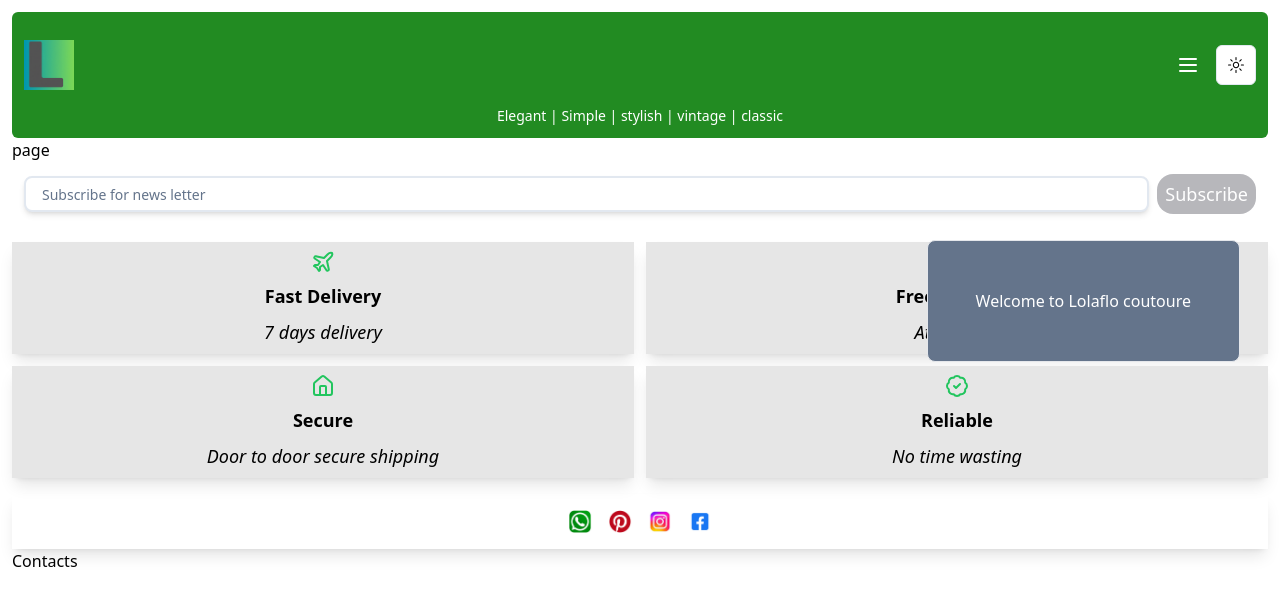
Repository: Semanmernstack/bisi-abejide
Page: /bb
These files come from the project's save history. The page is drawn as it stood at one moment and after the next save; the edit follows.
The browser window is 1280 px wide. The pictures show the whole page.
The project was rebuilt for these pictures with package versions that can differ from the ones it lists, and the page was loaded fresh each time. The framework's server and built-in components were replaced by stand-ins that run in the browser. Also part of the build but not shown: next.config.mjs.

Above is the page before, as saved 2024-04-19 08:50:38.

### app/layout.tsx
import type { Metadata } from "next";
import { Inter } from "next/font/google";
import "./globals.css";
import { ThemeProvider } from "@/components/theme-provider";
import Nav from "@/components/Nav";
import Footer from "@/components/Footer";

const inter = Inter({ subsets: ["latin"] });

export const metadata: Metadata = {
  title: "Welcome to Lolaflo store",
  description: "Hppy Shopping",
};

export default function RootLayout({
  children,
}: Readonly<{
  children: React.ReactNode;
}>) {
  return (
    <html lang="en">
      <body className=" flex flex-col p-3  min-h-screen   dark:bg-gray-800 dark:text-white">
      <ThemeProvider
            attribute="class"
            defaultTheme="system"
            enableSystem
            disableTransitionOnChange
          >
            <Nav/>
        {children}
        <Footer/>
      </ThemeProvider>
        </body>
    </html>
  );
}

### components/Nav.tsx
"use client"

import Image from "next/image"
import Cat from "./Cat"
import Toggle from "./Toggle"
import { motion } from "framer-motion"
import anky from '../public/anky.gif'
import Link from "next/link"

function Nav() {
    return (
      <div    className='p-3 top-0 z-50 sticky w-full bg-[#228B22] rounded-md  '>

          <div    className='flex py-4 gap-2 items-center justify-between '>
              <motion.div
                     initial={{
                        x: -500,
                         opacity: 0,
                        scale:0.5,
                    }}
                    animate={{
                        x:0,
                        opacity: 1,
                        scale: 1,
                    }}
                    transition={{
                        duration: 1,
                    }}
                    className='flex flex-col  justify-start   font-serif items-center  text-white'>
                    <Link href={'/'} className="flex flex-col ">


                      <Image className="flex justify-start" src={anky} alt="" width={50} height={40}/>

                    </Link>






              </motion.div>
              <motion.div
                  initial={{
                    x: 500,
                    opacity: 0,
                    scale:0.5,
                }}
                animate={{
                    x:0,
                    opacity: 1,
                    scale: 1,
                }}
                transition={{
                    duration: 1,
                }}
                className='flex items-center  space-x-2'>
                  <Cat/>
                  <Toggle/>
              </motion.div>
          </div>

          <div  className="flex  text-center justify-center text-white text-xs ">
                <h1 className="text-sm font-medium">Elegant | Simple | stylish | vintage | classic</h1>
            </div>

      </div>
    )
  }

  export default Nav

### components/Footer.tsx
"use client"
import React, { useState } from 'react'
import Mailing from './Mailing'
import Delivery from './Delivery'
import Ai from './Ai'
import NewsLet from './NewsLet'
import SubAi from './SubAi'
import Contacts from './Contacts'
import Icon from './Icon'

function Footer() {

  return (
    <div >
        <div>
            <NewsLet/>
            <SubAi   />
            <Delivery />
            <Icon/>
            <Contacts/>
        </div>
    </div>
  )
}

export default Footer

try {

} catch (error) {

}

### components/Cat.tsx
"use client"
import React from 'react'
import {
    DropdownMenu,
    DropdownMenuContent,
    DropdownMenuItem,
    DropdownMenuLabel,
    DropdownMenuSeparator,
    DropdownMenuTrigger,
  } from "@/components/ui/dropdown-menu"
import { MenuIcon } from 'lucide-react'
import { usePathname } from 'next/navigation'
import Link from 'next/link'
import Icon from './Icon'

interface P {
    name: string,
    href: string
}

const links: P[] = [
    {
        name: 'Home', href: "/"
    },
    {
        name: 'Ankara ', href: "/Ankara"

    },

    {
        name: 'Kaftan ', href: "/Kaftan"

    },
    {
        name: 'Turban ', href: "/Turban"

    },




]


function Cat() {
    const pathname = usePathname()
  return (

    <div>
        <DropdownMenu >
            <DropdownMenuTrigger className=" flex flex-col w-10 h-9  text-white text-xl  justify-center items-center text-center">
                <MenuIcon/>
            </DropdownMenuTrigger>
            <DropdownMenuContent className=''>
                <DropdownMenuLabel className=" flex font-bold font-serif sm:font-bold justify-center gap-1 p-1 border items-center"> CATEGORIES</DropdownMenuLabel>
                <DropdownMenuSeparator />

                <DropdownMenuItem className="flex items-center justify-center   flex-col p-3 gap-2    rounded-md">
                {links.map((l, index) => (
                <div key={index} className='flex   rounded-lg  text-zinc-500 md:w-1/2 text-center font-extrabold     p-2 transition ease-in-out delay-150 hover:-translate-y-1 hover:scale-95  duration-300 '>
                    {pathname === l.href ? (
                        <Link href={l.href} className='text-sm sm:text-lg text-red-800 font-semibold animate-pulse'>
                            {l.name}
                        </Link>

                    ):(
                        <Link href= {l.href }
                        className="flex   p-2 gap-1 italic sm:font-semibold hover:border rounded-lg border-teal-700  text-slate-800 dark:text-white text-sm sm:text-lg font-bold transition duration-100  "
                        >
                            {l.name}
                        </Link>

                    )}

                </div>
            ))}
            <Icon/>

                </DropdownMenuItem>


            </DropdownMenuContent>
        </DropdownMenu>

    </div>
  )
}

export default Cat

### components/Toggle.tsx
"use client"
import React from 'react'
import { MoonIcon, SunIcon } from "@radix-ui/react-icons"
import { useTheme } from "next-themes"
import { Button } from "@/components/ui/button"
import {
    DropdownMenu,
    DropdownMenuContent,
    DropdownMenuItem,
    DropdownMenuTrigger,
  } from "@/components/ui/dropdown-menu"

function Toggle() {
    const { setTheme } = useTheme()
  return (
    <div>
        <DropdownMenu>
      <DropdownMenuTrigger asChild>
        <Button variant="outline" size="icon">
          <SunIcon className=" h-4 w-4 rotate-0 scale-100 transition-all dark:-rotate-90 dark:scale-0" />
          <MoonIcon className="absolute h-4 w-4 rotate-90 scale-0 transition-all dark:rotate-0 dark:scale-100" />
          <span className="sr-only">Toggle theme</span>
        </Button>
      </DropdownMenuTrigger>
      <DropdownMenuContent align="end">
        <DropdownMenuItem onClick={() => setTheme("light")}>
          Light
        </DropdownMenuItem>
        <DropdownMenuItem onClick={() => setTheme("dark")}>
          Dark
        </DropdownMenuItem>
        <DropdownMenuItem onClick={() => setTheme("system")}>
          System
        </DropdownMenuItem>
      </DropdownMenuContent>
    </DropdownMenu>

    </div>
  )
}

export default Toggle

### components/Delivery.tsx

import {  BadgeCheckIcon, PlaneIcon, HomeIcon, ShipIcon } from 'lucide-react'
import React from 'react'

const details = [
    {
        name: 'Fast Delivery',
        icon: <PlaneIcon/>,
        desc: '7 days delivery',
    },
    {
        name: 'Free Shipping',
        icon: <ShipIcon/>,
        desc: 'At low cost',
    },
    {
        name: 'Secure',
        icon: <HomeIcon/>,
        desc: 'Door to door secure shipping',
    },
    {
        name: 'Reliable',
        icon: <BadgeCheckIcon/>,
        desc: 'No time wasting',
    },
]

function Delivery() {
  return (
    <div className='  dark:bg-gray-800   py-4 grid grid-cols-1 sm:grid-cols-2 gap-3'>
        {details?.map((b, i) => (
            <div className='flex flex-col border-1  text-center justify-center items-center  bg-[#e6e6e6] p-2 gap-2 shadow-lg ' key={i}>
                <h2 className='text-green-500 '>{b.icon}</h2>
                <h4 className='text-xs sm:text-sm md:text-lg dark:text-white font-bold'>{b.name}</h4>
                <h5 className='text-xs sm:text-sm  dark:text-white md:text-lg italic'>{b.desc}</h5>


            </div>

        ))}


    </div>

  )
}

export default Delivery

### components/NewsLet.tsx
import React from 'react'
import Mail from './Mail'

function NewsLet() {
  return (
    <div>
        <Mail/>
    </div>
  )
}

export default NewsLet

### components/SubAi.tsx
"use client"

import React, { useState } from 'react'
import Ai from './Ai';
import { motion } from "framer-motion"

function SubAi() {
  const [chatBoxOpen, setChatBoxOpen] = useState(false);
  return (
    <motion.div
    initial={{
      x: 500,
      opacity: 0,
      scale:0.5,
  }}
  animate={{
      x:0,
      opacity: 1,
      scale: 1,
  }}
  transition={{
      duration: 1,
  }}
       className='flex top-60 right-10 z-50 fixed  bg-slate-500 rounded-lg text-white  max-w-2xl border p-2 '  >



      <Ai />
    </motion.div>
  )
}

export default SubAi

### components/Icon.tsx
"use client"
import React from 'react'

import whatsapp from '../public/whatsapp.png'
import instagram from '../public/intagram.jpg'
import facebook from '../public/facebook.png'
import pinterest from '../public/pinterest.png'
import Image from 'next/image'
import Link from 'next/link'

function Icon() {
  return (
    <div


        className='flex p-4 gap-4 shadow-lg items-center text-center justify-center   text-sm      '>

        <Link className='contain  transition ease-in-out delay-150  hover:translate-y-1 hover:scale-95  duration-300      ' href={''}>
            <Image src={whatsapp} alt="whatsapp" width={24} height={24} />
        </Link>
        <Link className='contain  transition ease-in-out delay-150  hover:translate-y-1 hover:scale-95  duration-300    ' href={''}>
            <Image src={pinterest} alt="whatsapp" width={24} height={24} />
        </Link>
        <Link className='contain transition ease-in-out delay-150  hover:translate-y-1 hover:scale-95  duration-300   ' href={''}>

            <Image src={instagram} alt="whatsapp" width={24} height={24} />
        </Link>
        <Link className='contain transition ease-in-out delay-150  hover:translate-y-1 hover:scale-95  duration-300     ' href={''}>
            <Image src={facebook} alt="whatsapp" width={24} height={24} />
        </Link>


    </div>
  )
}

export default Icon

### components/ui/dropdown-menu.tsx
"use client"

import * as React from "react"
import * as DropdownMenuPrimitive from "@radix-ui/react-dropdown-menu"
import { Check, ChevronRight, Circle } from "lucide-react"

import { cn } from "@/lib/utils"

const DropdownMenu = DropdownMenuPrimitive.Root

const DropdownMenuTrigger = DropdownMenuPrimitive.Trigger

const DropdownMenuGroup = DropdownMenuPrimitive.Group

const DropdownMenuPortal = DropdownMenuPrimitive.Portal

const DropdownMenuSub = DropdownMenuPrimitive.Sub

const DropdownMenuRadioGroup = DropdownMenuPrimitive.RadioGroup

const DropdownMenuSubTrigger = React.forwardRef<
  React.ElementRef<typeof DropdownMenuPrimitive.SubTrigger>,
  React.ComponentPropsWithoutRef<typeof DropdownMenuPrimitive.SubTrigger> & {
    inset?: boolean
  }
>(({ className, inset, children, ...props }, ref) => (
  <DropdownMenuPrimitive.SubTrigger
    ref={ref}
    className={cn(
      "flex cursor-default select-none items-center rounded-sm px-2 py-1.5 text-sm outline-none focus:bg-slate-100 data-[state=open]:bg-slate-100 dark:focus:bg-slate-800 dark:data-[state=open]:bg-slate-800",
      inset && "pl-8",
      className
    )}
    {...props}
  >
    {children}
    <ChevronRight className="ml-auto h-4 w-4" />
  </DropdownMenuPrimitive.SubTrigger>
))
DropdownMenuSubTrigger.displayName =
  DropdownMenuPrimitive.SubTrigger.displayName

const DropdownMenuSubContent = React.forwardRef<
  React.ElementRef<typeof DropdownMenuPrimitive.SubContent>,
  React.ComponentPropsWithoutRef<typeof DropdownMenuPrimitive.SubContent>
>(({ className, ...props }, ref) => (
  <DropdownMenuPrimitive.SubContent
    ref={ref}
    className={cn(
      "z-50 min-w-[8rem] overflow-hidden rounded-md border border-slate-200 bg-white p-1 text-slate-950 shadow-lg data-[state=open]:animate-in data-[state=closed]:animate-out data-[state=closed]:fade-out-0 data-[state=open]:fade-in-0 data-[state=closed]:zoom-out-95 data-[state=open]:zoom-in-95 data-[side=bottom]:slide-in-from-top-2 data-[side=left]:slide-in-from-right-2 data-[side=right]:slide-in-from-left-2 data-[side=top]:slide-in-from-bottom-2 dark:border-slate-800 dark:bg-slate-950 dark:text-slate-50",
      className
    )}
    {...props}
  />
))
DropdownMenuSubContent.displayName =
  DropdownMenuPrimitive.SubContent.displayName

const DropdownMenuContent = React.forwardRef<
  React.ElementRef<typeof DropdownMenuPrimitive.Content>,
  React.ComponentPropsWithoutRef<typeof DropdownMenuPrimitive.Content>
>(({ className, sideOffset = 4, ...props }, ref) => (
  <DropdownMenuPrimitive.Portal>
    <DropdownMenuPrimitive.Content
      ref={ref}
      sideOffset={sideOffset}
      className={cn(
        "z-50 min-w-[8rem] overflow-hidden rounded-md border border-slate-200 bg-white p-1 text-slate-950 shadow-md data-[state=open]:animate-in data-[state=closed]:animate-out data-[state=closed]:fade-out-0 data-[state=open]:fade-in-0 data-[state=closed]:zoom-out-95 data-[state=open]:zoom-in-95 data-[side=bottom]:slide-in-from-top-2 data-[side=left]:slide-in-from-right-2 data-[side=right]:slide-in-from-left-2 data-[side=top]:slide-in-from-bottom-2 dark:border-slate-800 dark:bg-slate-950 dark:text-slate-50",
        className
      )}
      {...props}
    />
  </DropdownMenuPrimitive.Portal>
))
DropdownMenuContent.displayName = DropdownMenuPrimitive.Content.displayName

const DropdownMenuItem = React.forwardRef<
  React.ElementRef<typeof DropdownMenuPrimitive.Item>,
  React.ComponentPropsWithoutRef<typeof DropdownMenuPrimitive.Item> & {
    inset?: boolean
  }
>(({ className, inset, ...props }, ref) => (
  <DropdownMenuPrimitive.Item
    ref={ref}
    className={cn(
      "relative flex cursor-default select-none items-center rounded-sm px-2 py-1.5 text-sm outline-none transition-colors focus:bg-slate-100 focus:text-slate-900 data-[disabled]:pointer-events-none data-[disabled]:opacity-50 dark:focus:bg-slate-800 dark:focus:text-slate-50",
      inset && "pl-8",
      className
    )}
    {...props}
  />
))
DropdownMenuItem.displayName = DropdownMenuPrimitive.Item.displayName

const DropdownMenuCheckboxItem = React.forwardRef<
  React.ElementRef<typeof DropdownMenuPrimitive.CheckboxItem>,
  React.ComponentPropsWithoutRef<typeof DropdownMenuPrimitive.CheckboxItem>
>(({ className, children, checked, ...props }, ref) => (
  <DropdownMenuPrimitive.CheckboxItem
    ref={ref}
    className={cn(
      "relative flex cursor-default select-none items-center rounded-sm py-1.5 pl-8 pr-2 text-sm outline-none transition-colors focus:bg-slate-100 focus:text-slate-900 data-[disabled]:pointer-events-none data-[disabled]:opacity-50 dark:focus:bg-slate-800 dark:focus:text-slate-50",
      className
    )}
    checked={checked}
    {...props}
  >
    <span className="absolute left-2 flex h-3.5 w-3.5 items-center justify-center">
      <DropdownMenuPrimitive.ItemIndicator>
        <Check className="h-4 w-4" />
      </DropdownMenuPrimitive.ItemIndicator>
    </span>
    {children}
  </DropdownMenuPrimitive.CheckboxItem>
))
DropdownMenuCheckboxItem.displayName =
  DropdownMenuPrimitive.CheckboxItem.displayName

const DropdownMenuRadioItem = React.forwardRef<
  React.ElementRef<typeof DropdownMenuPrimitive.RadioItem>,
  React.ComponentPropsWithoutRef<typeof DropdownMenuPrimitive.RadioItem>
>(({ className, children, ...props }, ref) => (
  <DropdownMenuPrimitive.RadioItem
    ref={ref}
    className={cn(
      "relative flex cursor-default select-none items-center rounded-sm py-1.5 pl-8 pr-2 text-sm outline-none transition-colors focus:bg-slate-100 focus:text-slate-900 data-[disabled]:pointer-events-none data-[disabled]:opacity-50 dark:focus:bg-slate-800 dark:focus:text-slate-50",
      className
    )}
    {...props}
  >
    <span className="absolute left-2 flex h-3.5 w-3.5 items-center justify-center">
      <DropdownMenuPrimitive.ItemIndicator>
        <Circle className="h-2 w-2 fill-current" />
      </DropdownMenuPrimitive.ItemIndicator>
    </span>
    {children}
  </DropdownMenuPrimitive.RadioItem>
))
DropdownMenuRadioItem.displayName = DropdownMenuPrimitive.RadioItem.displayName

const DropdownMenuLabel = React.forwardRef<
  React.ElementRef<typeof DropdownMenuPrimitive.Label>,
  React.ComponentPropsWithoutRef<typeof DropdownMenuPrimitive.Label> & {
    inset?: boolean
  }
>(({ className, inset, ...props }, ref) => (
  <DropdownMenuPrimitive.Label
    ref={ref}
    className={cn(
      "px-2 py-1.5 text-sm font-semibold",
      inset && "pl-8",
      className
    )}
    {...props}
  />
))
DropdownMenuLabel.displayName = DropdownMenuPrimitive.Label.displayName

const DropdownMenuSeparator = React.forwardRef<
  React.ElementRef<typeof DropdownMenuPrimitive.Separator>,
  React.ComponentPropsWithoutRef<typeof DropdownMenuPrimitive.Separator>
>(({ className, ...props }, ref) => (
  <DropdownMenuPrimitive.Separator
    ref={ref}
    className={cn("-mx-1 my-1 h-px bg-slate-100 dark:bg-slate-800", className)}
    {...props}
  />
))
DropdownMenuSeparator.displayName = DropdownMenuPrimitive.Separator.displayName

const DropdownMenuShortcut = ({
  className,
  ...props
}: React.HTMLAttributes<HTMLSpanElement>) => {
  return (
    <span
      className={cn("ml-auto text-xs tracking-widest opacity-60", className)}
      {...props}
    />
  )
}
DropdownMenuShortcut.displayName = "DropdownMenuShortcut"

export {
  DropdownMenu,
  DropdownMenuTrigger,
  DropdownMenuContent,
  DropdownMenuItem,
  DropdownMenuCheckboxItem,
  DropdownMenuRadioItem,
  DropdownMenuLabel,
  DropdownMenuSeparator,
  DropdownMenuShortcut,
  DropdownMenuGroup,
  DropdownMenuPortal,
  DropdownMenuSub,
  DropdownMenuSubContent,
  DropdownMenuSubTrigger,
  DropdownMenuRadioGroup,
}

### components/ui/button.tsx
import * as React from "react"
import { Slot } from "@radix-ui/react-slot"
import { cva, type VariantProps } from "class-variance-authority"

import { cn } from "@/lib/utils"

const buttonVariants = cva(
  "inline-flex items-center justify-center whitespace-nowrap rounded-md text-sm font-medium ring-offset-white transition-colors focus-visible:outline-none focus-visible:ring-2 focus-visible:ring-slate-950 focus-visible:ring-offset-2 disabled:pointer-events-none disabled:opacity-50 dark:ring-offset-slate-950 dark:focus-visible:ring-slate-300",
  {
    variants: {
      variant: {
        default: "bg-slate-900 text-slate-50 hover:bg-slate-900/90 dark:bg-slate-50 dark:text-slate-900 dark:hover:bg-slate-50/90",
        destructive:
          "bg-red-500 text-slate-50 hover:bg-red-500/90 dark:bg-red-900 dark:text-slate-50 dark:hover:bg-red-900/90",
        outline:
          "border border-slate-200 bg-white hover:bg-slate-100 hover:text-slate-900 dark:border-slate-800 dark:bg-slate-950 dark:hover:bg-slate-800 dark:hover:text-slate-50",
        secondary:
          "bg-slate-100 text-slate-900 hover:bg-slate-100/80 dark:bg-slate-800 dark:text-slate-50 dark:hover:bg-slate-800/80",
        ghost: "hover:bg-slate-100 hover:text-slate-900 dark:hover:bg-slate-800 dark:hover:text-slate-50",
        link: "text-slate-900 underline-offset-4 hover:underline dark:text-slate-50",
      },
      size: {
        default: "h-10 px-4 py-2",
        sm: "h-9 rounded-md px-3",
        lg: "h-11 rounded-md px-8",
        icon: "h-10 w-10",
      },
    },
    defaultVariants: {
      variant: "default",
      size: "default",
    },
  }
)

export interface ButtonProps
  extends React.ButtonHTMLAttributes<HTMLButtonElement>,
    VariantProps<typeof buttonVariants> {
  asChild?: boolean
}

const Button = React.forwardRef<HTMLButtonElement, ButtonProps>(
  ({ className, variant, size, asChild = false, ...props }, ref) => {
    const Comp = asChild ? Slot : "button"
    return (
      <Comp
        className={cn(buttonVariants({ variant, size, className }))}
        ref={ref}
        {...props}
      />
    )
  }
)
Button.displayName = "Button"

export { Button, buttonVariants }

### components/Mail.tsx
"use client"
import React, { FormEvent, useState } from 'react'
import { Input } from './ui/input'
import { Button } from './ui/button'

function Mail() {
    const [input, setInput] = useState<string>("")
    const [mailError, setMailError] = useState<string> ("")
    const [mailOk, setMailOk] = useState<string>("")

    const handleSubmit = async (e: FormEvent<HTMLFormElement>) => {
        e.preventDefault()
        const email = input;


        const res = await fetch("/api/mailSub", {
            method: 'POST',
            headers: {
                "Content-Type": "application/json",
            },

            body: JSON.stringify({email}),

        })

        const data = await res.json()
        if (data.error) {
            setMailError('Hey you already subscribe to trizzas cake')

            return
        }
        setMailOk(data.res)
        setInput("")


    }


  return (
    <div className='flex flex-col items-center w-full  '>
        <form className="flex  flex-col p-3 w-full " onSubmit={handleSubmit}>
            <div className='gap-2 flex  flex-col md:flex-row items-center'>
                <Input type="email"
                    placeholder='Subscribe for news letter'
                    value={input}

                    onChange={(e) => setInput(e.target.value)}
                    required
                    className="outline-none flex-1 w-full text-white shadow-md  border-2 h-12 md:h-8   p-4 rounded-lg   from-fuchsia-400 "

                 />
                 <Button className="text-sm   text-center justify-center flex cursor-pointer  text-white bg-zinc-500 p-2  sm:text-lg transition ease-in-out delay-150 hover:-translate-y-1 hover:scale-95  duration-300  rounded-xl md:rounded-2xl " type='submit' disabled={!input}    >
                    Subscribe
                 </Button>
            </div>

        </form>
        {(mailOk || mailError ) && (
            <div className="mt-5 text-sm text-center justify-center font-extrabold">
             {mailOk ?(<p className="  bg-red-900 px-2 py-2 mb-2 text-white"> Subscription Sucessful !! </p>):(<p className="bg-green-500 p-1">You already Subscribed</p>)}
            </div>
        )}

    </div>
  )
}

export default Mail

### components/Ai.tsx
import {  Bot, MessageCircleIcon, SendHorizontal, XCircle } from 'lucide-react'
import React, { useState } from 'react'


import Popup from 'reactjs-popup';
import 'reactjs-popup/dist/index.css';


function Ai() {





  return (


  <div className=' flex max-w-2xl mx-auto p-5 lg:p-10  ' >

  <Popup className='text-lg md:text-xl' trigger={<button>Welcome to Lolaflo coutoure</button>} position="bottom center">
    <div className='p-15'>Lolaflo mission is to build.... </div>
  </Popup>

  </div>

  )
}

export default Ai

### components/ui/input.tsx
import * as React from "react"

import { cn } from "@/lib/utils"

export interface InputProps
  extends React.InputHTMLAttributes<HTMLInputElement> {}

const Input = React.forwardRef<HTMLInputElement, InputProps>(
  ({ className, type, ...props }, ref) => {
    return (
      <input
        type={type}
        className={cn(
          "flex h-10 w-full rounded-md border border-slate-200 bg-white px-3 py-2 text-sm ring-offset-white file:border-0 file:bg-transparent file:text-sm file:font-medium placeholder:text-slate-500 focus-visible:outline-none focus-visible:ring-2 focus-visible:ring-slate-950 focus-visible:ring-offset-2 disabled:cursor-not-allowed disabled:opacity-50 dark:border-slate-800 dark:bg-slate-950 dark:ring-offset-slate-950 dark:placeholder:text-slate-400 dark:focus-visible:ring-slate-300",
          className
        )}
        ref={ref}
        {...props}
      />
    )
  }
)
Input.displayName = "Input"

export { Input }

Loaded but not shown: app/bb/page.tsx (common file); app/globals.css (common file); components/theme-provider.tsx (common file); components/Contacts.tsx (common file); lib/utils.ts (common file); tailwind.config.ts (common file)

After the next save:
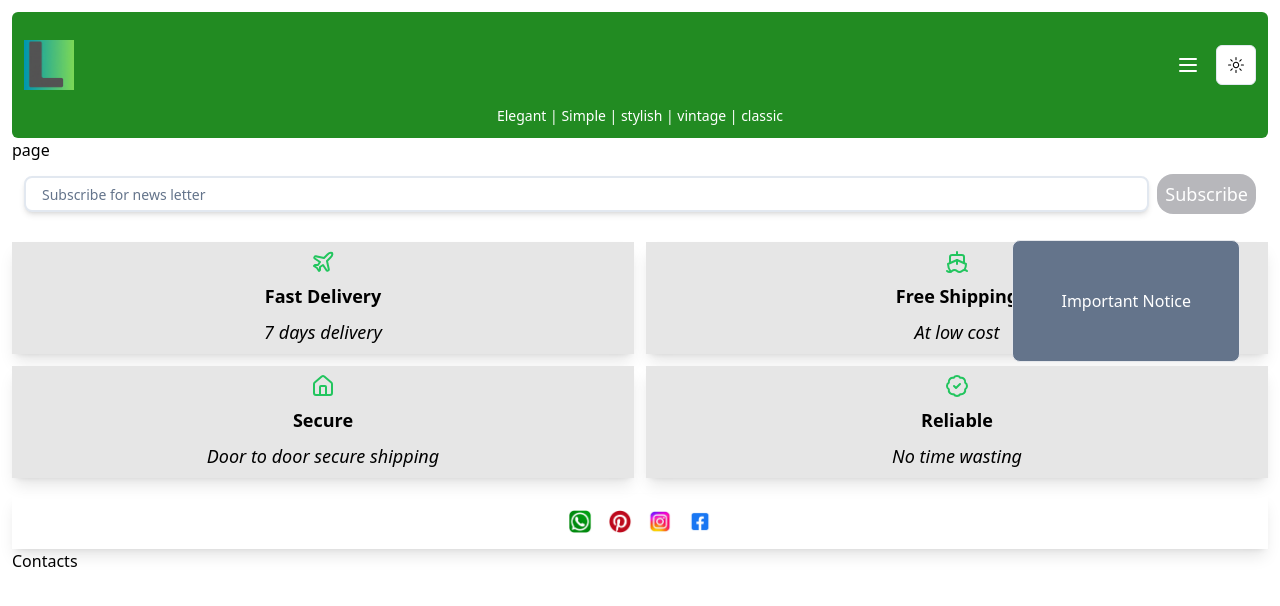
Saved 2 min 13 s later.
--- a/components/Ai.tsx
+++ b/components/Ai.tsx
@@ -17,7 +17,7 @@ function Ai() {
 
   <div className=' flex max-w-2xl mx-auto p-5 lg:p-10  ' >
 
-  <Popup className='text-lg md:text-xl' trigger={<button>Welcome to Lolaflo coutoure</button>} position="bottom center">
+  <Popup className='text-lg md:text-xl' trigger={<button>Important Notice</button>} position="bottom center">
     <div className='p-15'>Lolaflo mission is to build.... </div>
   </Popup>
 
